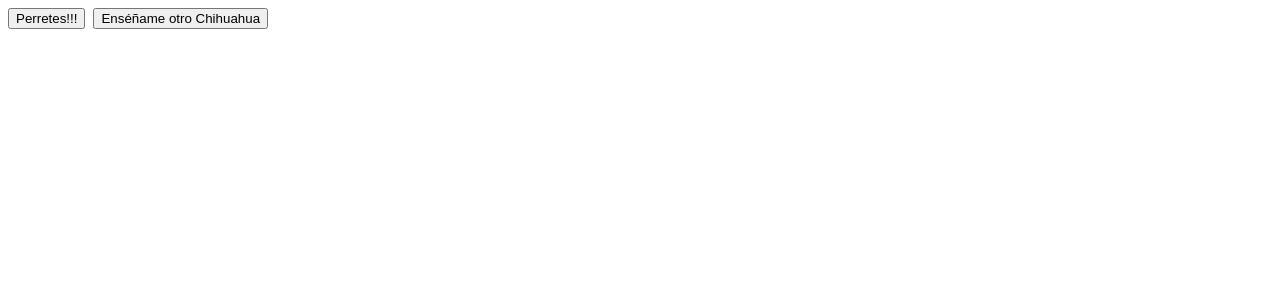
Repository: conchaasensio/ejercicios-en-clase-j
Page: modulo-2/leccion-2.10/ejercicio-2/index.html
An editor plug-in stored every save of this project. The page is shown before and after the next save, followed by the edit.
The browser window is 1280 px wide. The pictures show the whole page.

Above is the page before, as saved 2020-07-03 18:52:53.

### modulo-2/leccion-2.10/ejercicio-2/index.html
<!DOCTYPE html>
<html lang="es">
  <head>
    <meta charset="UTF-8" />
    <meta name="viewport" content="width=device-width, initial-scale=1.0" />
    <meta http-equiv="X-UA-Compatible" content="ie=edge" />
    <title>Ejercicio</title>
  </head>
  <body>
    <button class="js-dog">Perretes!!!</button>
    <img />
    <script src="./main.js"></script>
  </body>
</html>

### modulo-2/leccion-2.10/ejercicio-2/main.js
'use strict';

function getDogImage() {
  fetch('https://dog.ceo/api/breeds/image/random')
    .then((response) => response.json())
    .then((data) => {
      const img = document.querySelector('img');
      img.src = data.message;
      img.alt = 'Un perro';
    });
}
const btn = document.querySelector('.js-dog');
btn.addEventListener('click', getDogImage);

const button = document.createElement('button');
button.type = 'button';
button.innerHTML = 'Enséñame otro Chihuahua';
document.body.appendChild(button);

button.addEventListener('click', getDogImage);

// https://dog.ceo/api/breed/chihuahua/images/random

After the next save:
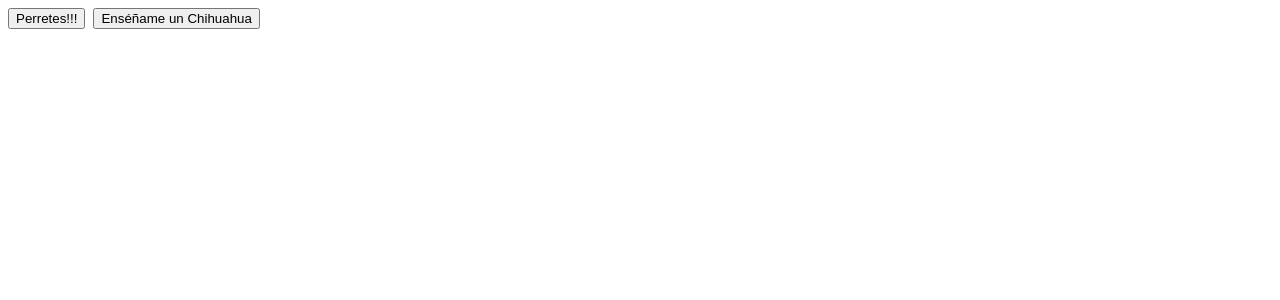
Saved 2 min 54 s later.
--- a/modulo-2/leccion-2.10/ejercicio-2/main.js
+++ b/modulo-2/leccion-2.10/ejercicio-2/main.js
@@ -12,11 +12,19 @@
 const btn = document.querySelector('.js-dog');
 btn.addEventListener('click', getDogImage);
 
+function getChihuahua() {
+  fetch('https://dog.ceo/api/breed/chihuahua/images/random')
+    .then((response) => response.json())
+    .then((data) => {
+      const img = document.querySelector('img');
+      img.src = data.message;
+      img.alt = 'Un chihuahua';
+    });
+}
+
 const button = document.createElement('button');
 button.type = 'button';
-button.innerHTML = 'Enséñame otro Chihuahua';
+button.innerHTML = 'Enséñame un Chihuahua';
 document.body.appendChild(button);
 
-button.addEventListener('click', getDogImage);
-
-// https://dog.ceo/api/breed/chihuahua/images/random
+button.addEventListener('click', getChihuahua);
